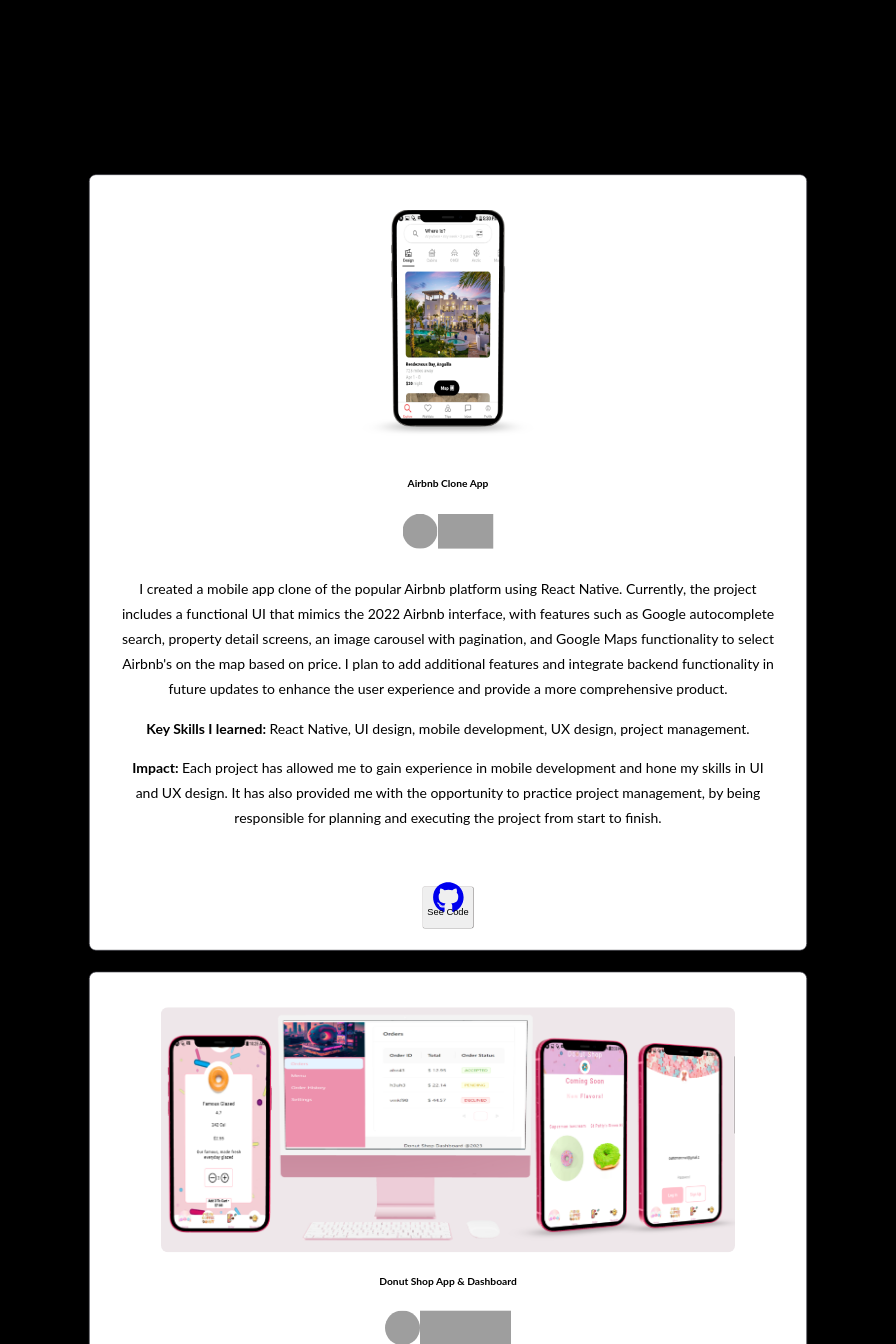
Repository: JamesPesenti/portfolio
Page: /
An editor plug-in stored every save of this project. The page is shown before and after the next save, followed by the edit.
The browser window is 1280 px wide. The pictures show the part of the page from y = 1280 to 3200 px (the page is 6929 px tall), at 70% of full size.
Pictures or frames that could not be fetched are drawn as grey boxes. The project was rebuilt for these pictures with package versions that can differ from the ones it lists, and the page was loaded fresh each time. Imported but missing from the stored project, and not drawn on this page: src/Components/James Pesenti Resume 2023.pdf.

Above is the page before, as saved 2023-05-05 14:52:55.

### public/index.html
<!DOCTYPE html>
<html lang="en">
  <head>
    <meta charset="utf-8" />
    <link rel="" href="" />
    <meta name="viewport" content="width=device-width, initial-scale=1" />
    <meta name="theme-color" content="#000000" />
    <meta name="description" content="James Pesenti Portfolio 2022" />
    <link rel="apple-touch-icon" href="" />
    <link rel="manifest" href="%PUBLIC_URL%/manifest.json" />

    <title>Portfolio 2023</title>

  </head>
  <body>
    <div id="root"></div>
  </body>
</html>

### src/Components/Scroll.jsx
import React from 'react'
import '../CSS/App.css';


const Scroll = () => {

  return (
    <>

        <div style={{marginBottom: 400, justifyContnent: 'center'}} id="section09" class="demo">
          <a href="#parallaxContainer">
            <span></span>
            Scroll down to see my work
          </a>
        </div>

    </>
  )
}

export default Scroll

### src/Components/MyProjects.jsx
import UberGoogleButton from "../Components/UberGoogleButton"
import AstonGoogleButton from "./AstonGoogleButton"
import AstonAppleButton from "./AstonAppleButton"
import BarceGoogleButton from "../Components/BarceGoogleButton"
import BarceAppleButton from "./BarceAppleButton"
import { FaGithub } from "react-icons/fa";

const MyProjects = () => {
  return (

  <>
    <div id="parallaxContainer">

    {/* Airbnb Clone */}
    <div style={{marginTop: 30, marginBottom: 20, justifyContent: 'center', alignItems: 'center',  width: "80%", borderRadius: 10}} className="box">
            <div>
                <img style={{ borderRadius: 10, marginTop: 50, width: "48%", height: 350, transition: ".7s", }} src="images/mockrocket-capture (11).png" />
            </div>
            <h4 style={{textAlign: 'center'}}>Airbnb Clone App</h4>
                <div style={{flexDirection: "row", padding: 10, borderRadius: 10, marginBottom: -40,}}>
                  <img style={{width: 50, height: 50, borderRadius: 50}} src="https://i.pinimg.com/originals/8a/02/1a/8a021aa097236b42dd71fb731e3d894d.gif"/>
                  <img style={{width: 80, height: 50, }} src="https://www.datocms-assets.com/45470/1631026680-logo-react-native.png"  />
                  {/* <img style={{width: 50, height: 50, }} src="https://pbs.twimg.com/profile_images/1114309924551417856/FKA4cm2x_400x400.png"  /> */}
                </div>
            <p style={{fontSize: 20, textAlign: 'center', padding: 40, marginBottom: -70}}>I created a mobile app clone of the popular Airbnb platform using React Native. Currently, the project includes a functional UI that mimics the 2022 Airbnb interface, with features such as Google autocomplete search, property detail screens, an image carousel with pagination, and Google Maps functionality to select Airbnb's on the map based on price. I plan to add additional features and integrate backend functionality in future updates to enhance the user experience and provide a more comprehensive product.</p>
            <p style={{fontSize: 20, textAlign: 'center', padding: 30, marginBottom: -80}}><b> Key Skills I learned: </b>React Native, UI design, mobile development, UX design, project management.</p>
            <p style={{fontSize: 20, textAlign: 'center', padding: 50}}><b> Impact: </b> Each project has allowed me to gain experience in mobile development and hone my skills in UI and UX design. It has also provided me with the opportunity to practice project management, by being responsible for planning and executing the project from start to finish.</p>

            <div style={{flexDirection: "row"}}>
                {/* <UberGoogleButton  /> */}
                <button style={{marginTop: 40}} type="button" className="codeButton">
                  <a href="https://github.com/JamesPesenti/Donut_Shop" target="_blank" rel="noopener noreferrer">
                    <FaGithub  size={45} style={{ marginTop: -80, marginBottom: -25, justifyContent: "center", textAlign: "center"}} />
                  </a>
                  <p>See Code</p>
                </button>
                {/* <AstonAppleButton  /> */}
            </div>

        </div>


     {/* Donut Shop App */}
     <div style={{marginTop: 30, marginBottom: 20, justifyContent: 'center', alignItems: 'center',  width: "80%", borderRadius: 10}} className="box">
            <div>
                <img style={{ borderRadius: 10, marginTop: 50, width: "80%", height: 350, transition: ".7s", }} src="/images/appAndDashMock.png" />
            </div>
            <h4 style={{textAlign: 'center'}}>Donut Shop App & Dashboard</h4>
                <div style={{flexDirection: "row", padding: 10, borderRadius: 10, marginBottom: -40,}}>
                  <img style={{width: 50, height: 50, borderRadius: 50}} src="https://i.pinimg.com/originals/8a/02/1a/8a021aa097236b42dd71fb731e3d894d.gif"/>
                  <img style={{width: 80, height: 50, }} src="https://www.datocms-assets.com/45470/1631026680-logo-react-native.png"  />
                  <img style={{width: 50, height: 50, }} src="https://pbs.twimg.com/profile_images/1114309924551417856/FKA4cm2x_400x400.png"  />
                </div>
            <p style={{fontSize: 20,textAlign: 'center', padding: 50}}>I built this full stack Donut Shop e-commerce app along with an integratable React.js dashboard for the donut shop to receive a user's order from the app in real time. Users can check out new menu items, order donuts to pick up in store, and sign up for donut rewards.</p>

            <div style={{flexDirection: "row"}}>
                <UberGoogleButton  />
                <button style={{marginTop: 40}} type="button" className="codeButton">
                  <a href="https://github.com/JamesPesenti/Donut_Shop" target="_blank" rel="noopener noreferrer">
                    <FaGithub  size={45} style={{ marginTop: -80, marginBottom: -25, justifyContent: "center", textAlign: "center"}} />
                  </a>
                  <p>See Code</p>
                </button>
                <AstonAppleButton  />
            </div>

        </div>


    {/* Uber Eats App */}
    <div style={{marginTop: 80, marginBottom: 60, justifyContent: 'center', alignItems: 'center',  width: "80%", borderRadius: 10}} className="box">
            <div className="imgWrapper" style={{width: 480, height: 350}}>
                <img style={{ borderRadius: 5, marginTop: 50, width: "100%", height: 300, transition: ".7s", }} src="/images/UberEatsLast.png" />
            </div>
            <h4 style={{textAlign: 'center'}}>Uber Eats Clone App</h4>
                <div style={{flexDirection: "row", padding: 10, borderRadius: 10, marginBottom: -40,}}>
                  <img style={{width: 50, height: 50, borderRadius: 50}} src="https://i.pinimg.com/originals/8a/02/1a/8a021aa097236b42dd71fb731e3d894d.gif"/>
                  <img style={{width: 80, height: 50, }} src="https://www.datocms-assets.com/45470/1631026680-logo-react-native.png"  />
                  <img style={{width: 50, height: 50, }} src="https://pbs.twimg.com/profile_images/1114309924551417856/FKA4cm2x_400x400.png" />
                </div>
            <p style={{fontSize: 20,textAlign: 'center', padding: 50}}>A full stack React Native app inspired by the UberEats user app. I utilized AWS Amplify's datastore to configure the back-end to query and save customer's orders and used Amazon Cognito for user registration, authentication, & account recovery.</p>

            <div style={{flexDirection: "row"}}>
                <UberGoogleButton  />
                <button style={{marginTop: 40}} type="button" className="codeButton">
                  <a href="https://github.com/JamesPesenti/UberEatsClone" target="_blank" rel="noopener noreferrer">
                    <FaGithub  size={45} style={{ marginTop: -80, marginBottom: -20, justifyContent: "center", textAlign: "center"}} />
                  </a>
                  <p>See Code</p>
                </button>
                <AstonAppleButton  />
            </div>

        </div>


     {/* Aston Waikiki App */}
       <div style={{marginTop: 80, marginBottom: 120, justifyContent: 'center', alignItems: 'center',  width: "80%", borderRadius: 10}} className="box">
            <div className="imgWrapper" style={{width: 450, height: 350}}>
                <img style={{ marginTop: 50, width: "100%", height: "auto", transition: ".7s", }} src="/images/astonmock.png" />
            </div>
            <h4 style={{textAlign: 'center'}}>Aston Waikiki Hotel UI</h4>
                <div style={{flexDirection: "row", padding: 10, borderRadius: 10, marginBottom: -40,}}>
                  <img style={{width: 50, height: 50, borderRadius: 50}} src="https://i.pinimg.com/originals/8a/02/1a/8a021aa097236b42dd71fb731e3d894d.gif"/>
                  <img style={{width: 80, height: 50, }} src="https://www.datocms-assets.com/45470/1631026680-logo-react-native.png"  />
                </div>
            <p style={{fontSize: 20,textAlign: 'center', padding: 50}}>A React Native UI design I created to reimagine the hotel Aston Waikiki Beach's website into a cross platform mobile app. I used most of the content and images from the current website and utilized both Bottom Tabs, Drawer navigation and other React Native libraries for a better user experience.</p>

            <div style={{flexDirection: "row"}}>
                <AstonGoogleButton  />
                <button style={{marginTop: 40}} type="button" className="codeButton">
                        <a href="https://github.com/JamesPesenti/AstonWaikikiBeachApp" target="_blank" rel="noopener noreferrer">
                            <FaGithub  size={45} style={{ marginTop: -80, marginBottom: -20, justifyContent: "center", textAlign: "center"}} />
                        </a>
                        <p>See Code</p>
                </button>
                <AstonAppleButton  />
            </div>

        </div>


    {/* Barcelona App */}
       <div style={{marginTop: 20, marginBottom: 120, justifyContent: 'center', alignItems: 'center',  width: "80%", borderRadius: 10}} className="box">
            <div className="imgWrapper" style={{width: 650, height: 300}}>
                <img style={{ marginTop: 30, width: "100%", height: 250, transition: ".7s", }} src="/images/barcelonamockup.png" />
            </div>
            <h4 style={{textAlign: 'center'}}>Barcelona Tourist App</h4>
                <div style={{flexDirection: "row", padding: 10, borderRadius: 10, marginBottom: -20,}}>
                <img style={{width: 80, height: 50,}} src="https://www.datocms-assets.com/45470/1631026680-logo-react-native.png"  />
                <img style={{width: 50, height: 50, borderRadius: 50}} src="https://i.pinimg.com/originals/8a/02/1a/8a021aa097236b42dd71fb731e3d894d.gif"/>
                </div>
            <p style={{fontSize: 20, textAlign: 'center', padding: 50}}>I created this React Native app for visitors of Barcelona Spain to save pictures and locations of their favorite places. I used pop-up modals for users to quickly get information on popular sights and used geolocation with google maps so users can save their location and select it on the map.</p>

            <div style={{flexDirection: "row"}}>
               <BarceAppleButton  />
                <button style={{marginTop: 40}} type="button" className="codeButton">
                        <a href="https://github.com/JamesPesenti/BarcelonaApp" target="_blank" rel="noopener noreferrer">
                            <FaGithub  size={45} style={{ marginTop: -80, marginBottom: -20, justifyContent: "center", textAlign: "center"}} />
                        </a>
                        <p>See Code</p>
                </button>
                <BarceGoogleButton  />
            </div>

        </div>

    {/* IAR React App */}
        {/* <div style={{marginBottom: 0, justifyContent: 'center', alignItems: 'center',  width: "80%", borderRadius: 10}} className="box">
            <img style={{ width: 600, height: 350, borderRadius: 10, borderWidth: 2, borderColor: "green"}} src="/images/innermock.png" />
            <h4 style={{textAlign: 'center'}}>Inner Aura Readings Website</h4>
            <div style={{flexDirection: "row", padding: 10, borderRadius: 10}}>
                <img src="https://www.logo.wine/a/logo/React_(web_framework)/React_(web_framework)-Logo.wine.svg" style={{width: 100, height: 50,}} />
                <img className="logoBox" src="https://cdn.pixabay.com/photo/2017/08/05/11/16/logo-2582747_1280.png" style={{width: 50, height: 50,}} />
            </div>
            <p style={{fontSize: 20, textAlign: 'center', padding: 50}}>This was the first official React.js web app that I developed. I made it for a friend who wanted to reach more customers with a mobile friendly website. I made multiple iterations and converted it into a PWA for offline operability with native like performance. </p>
            <button style={{marginTop: 0}} type="button" className="codeButton">
                        <a href="https://github.com/JamesPesenti/InnerAuraReadings2022" target="_blank" rel="noopener noreferrer">
                            <FaGithub  size={45} style={{ marginTop: -80, marginBottom: -20, justifyContent: "center", textAlign: "center"}} />
                        </a>
                        <p>See Code</p>
            </button>

        </div> */}


{/* REapp */}
        {/* <div style={{marginBottom: 100, justifyContent: 'center', alignItems: 'center',  width: "80%", borderRadius: 10,}} className="box">
        <img style={{marginTop: 50, width: 800, height: 350, borderRadius: 10, borderWidth: 2, borderColor: "green"}} src="/images/remockup.png" />
            <h4 style={{textAlign: 'center'}}>Real Estate Listing Website </h4>
            <div style={{flexDirection: "row", padding: 10, borderRadius: 10}}>
                <img src="https://www.logo.wine/a/logo/React_(web_framework)/React_(web_framework)-Logo.wine.svg" style={{width: 100, height: 50,}} />
                <img src="https://img.icons8.com/color/480/cloud-firestore.png" style={{width: 50, height: 50,}} />
                <img src="https://raw.githubusercontent.com/JamesPesenti/RealEstateApp/16b046b3d34b4a26468627e906dc503be8911b73/src/assets/svg/googleIcon.svg" style={{marginBottom: 8, width: 100, height: 30,}} />
            </div>
            <p style={{fontSize: 20, textAlign: 'center', padding: 50}}>Real Estate listing website built with React, FireStore database and Google OAuth to sign in with a google account. You can search listings for rent/sale and login to your account to create a listing and save offers. Inspiration and back-end code taken from Brad Traversey's React course I took on Udemy.</p>
            <button style={{marginTop: 40}} type="button" className="codeButton">
                        <a href="https://github.com/JamesPesenti/RealEstateApp" target="_blank" rel="noopener noreferrer">
                            <FaGithub  size={45} style={{ marginTop: -80, marginBottom: -20, justifyContent: "center", textAlign: "center"}} />
                        </a>
                        <p>See Code</p>
            </button>
        </div> */}

    </div>


    </>
  )
}

export default MyProjects

### src/Components/UberGoogleButton.jsx
import React from 'react'


const UberGoogleButton = () => {
  return (
    <>
    <button type="button" style={{marginRight: 40, borderWidth: .1, borderColor: '#efefef', borderRadius: 5}}>
        <a href="https://expo.dev/accounts/jimpesenti/projects/UberEats/builds/b9dfcb73-dd37-4009-b5f9-7d24a72b937d">
            <img style={{width: 100, height: 50, borderRadius: 0}} src="https://logos-world.net/wp-content/uploads/2020/12/Google-Play-Logo-500x281.png"/>
        </a>
    </button>
    </>
  )
}

export default UberGoogleButton

### src/Components/AstonGoogleButton.jsx
import React from 'react'


const AstonGoogleButton = () => {
  return (
    <>
    <button type="button" style={{marginRight: 40, borderWidth: .1, borderColor: '#efefef', borderRadius: 5}}>
        <a href="https://play.google.com/store/apps/details?id=com.jamespesenti91.astonwaikikibeach">
            <img style={{width: 100, height: 50, borderRadius: 0}} src="https://logos-world.net/wp-content/uploads/2020/12/Google-Play-Logo-500x281.png"/>
        </a>
    </button>
    </>
  )
}

export default AstonGoogleButton

### src/Components/AstonAppleButton.jsx
import React from 'react'

const AstonAppleButton = () => {
  return (
    <>
    <button type="submit" style={{marginLeft: 30, borderWidth: 0,}}  >
        <a href="">
            <img style={{width: 120, height: 50, borderRadius: 0}} src="https://images.squarespace-cdn.com/content/v1/5b549a7f3c3a53487c250f58/1597439116255-P7ME5MNOIWQLJS1X4CPP/Apple+App+Store+Logo+Button.png"/>
        </a>
    </button>
    </>
  )
}

export default AstonAppleButton

### src/Components/BarceGoogleButton.jsx
import React from 'react'


const BarceGoogleButton = () => {
  return (
    <>
    <button type="button" style={{marginLeft: 30, borderWidth: .1, borderColor: '#efefef', borderRadius: 5}}>
        <a href="https://play.google.com/store/apps/details?id=com.jamespesenti91.VisitBarcelona">
            <img style={{width: 100, height: 50, borderRadius: 0}} src="https://logos-world.net/wp-content/uploads/2020/12/Google-Play-Logo-500x281.png" alt="barceButton"/>
        </a>
    </button>
    </>
  )
}

export default BarceGoogleButton

### src/Components/BarceAppleButton.jsx
import React from 'react'

const BarceAppleButton = () => {
  return (
    <>
    <button type="submit" style={{marginRight: 30, borderWidth: 0,}}  >
        <a href="">
            <img style={{width: 120, height: 50, borderRadius: 0}} src="https://images.squarespace-cdn.com/content/v1/5b549a7f3c3a53487c250f58/1597439116255-P7ME5MNOIWQLJS1X4CPP/Apple+App+Store+Logo+Button.png"/>
        </a>
    </button>
    </>
  )
}

export default BarceAppleButton

Loaded but not shown: src/index.js (common file); src/reportWebVitals.js (common file); src/serviceWorkerRegistration.js (137 lines, source omitted); src/App.js (33 lines, source omitted); src/CSS/App.css (351 lines, source omitted); src/CSS/index.css (197 lines, source omitted); src/Components/Navbar.jsx (44 lines, source omitted); src/Components/AboutMe.jsx (24 lines, source omitted)

After the next save:
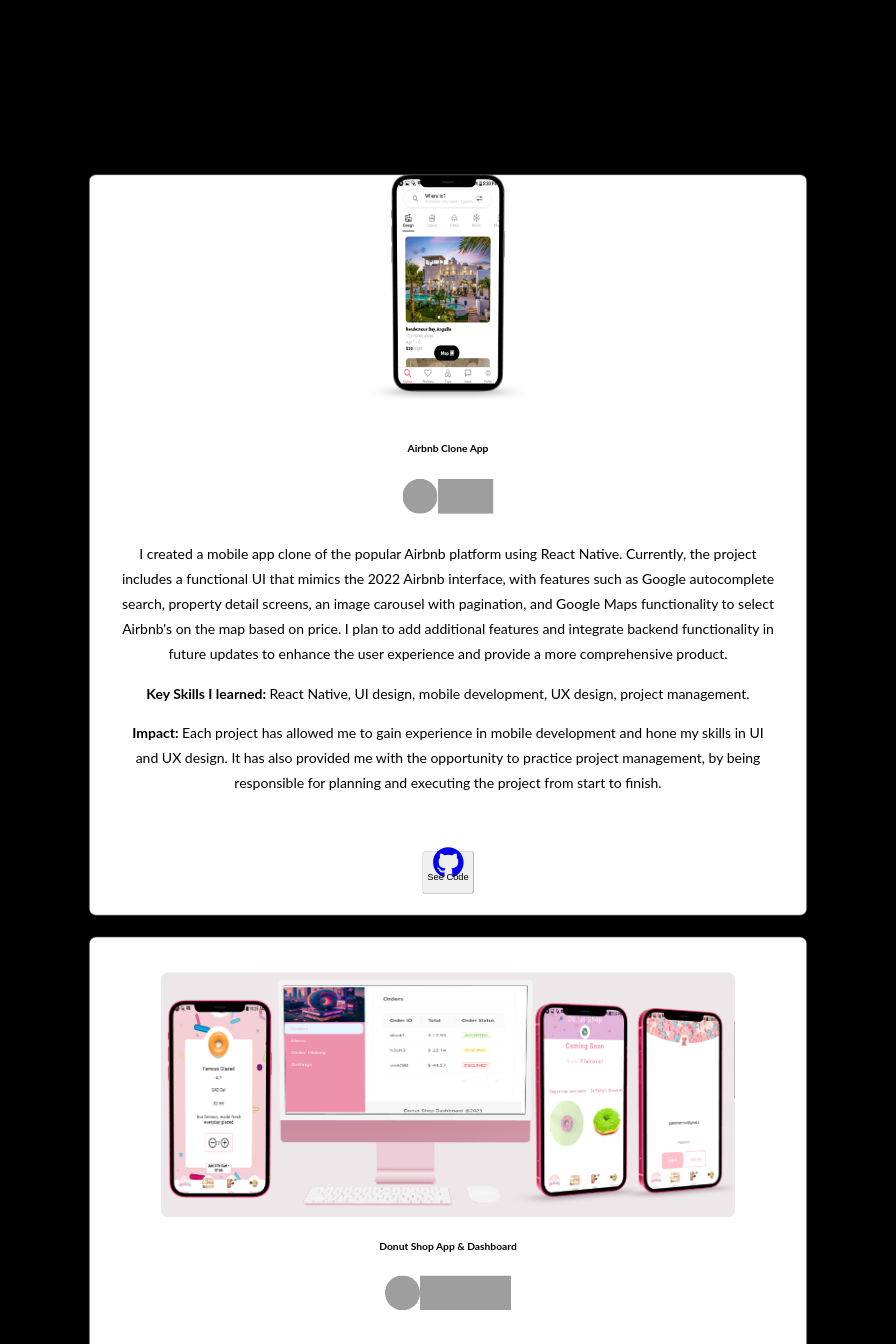
Saved 68 s later.
--- a/src/Components/MyProjects.jsx
+++ b/src/Components/MyProjects.jsx
@@ -14,7 +14,7 @@
     {/* Airbnb Clone */}
     <div style={{marginTop: 30, marginBottom: 20, justifyContent: 'center', alignItems: 'center',  width: "80%", borderRadius: 10}} className="box">
             <div>
-                <img style={{ borderRadius: 10, marginTop: 50, width: "48%", height: 350, transition: ".7s", }} src="images/mockrocket-capture (11).png" />
+                <img style={{ borderRadius: 10, marginTop: 0, width: "48%", height: 350, transition: ".7s", }} src="images/mockrocket-capture (11).png" />
             </div>
             <h4 style={{textAlign: 'center'}}>Airbnb Clone App</h4>
                 <div style={{flexDirection: "row", padding: 10, borderRadius: 10, marginBottom: -40,}}>

After the save that followed:
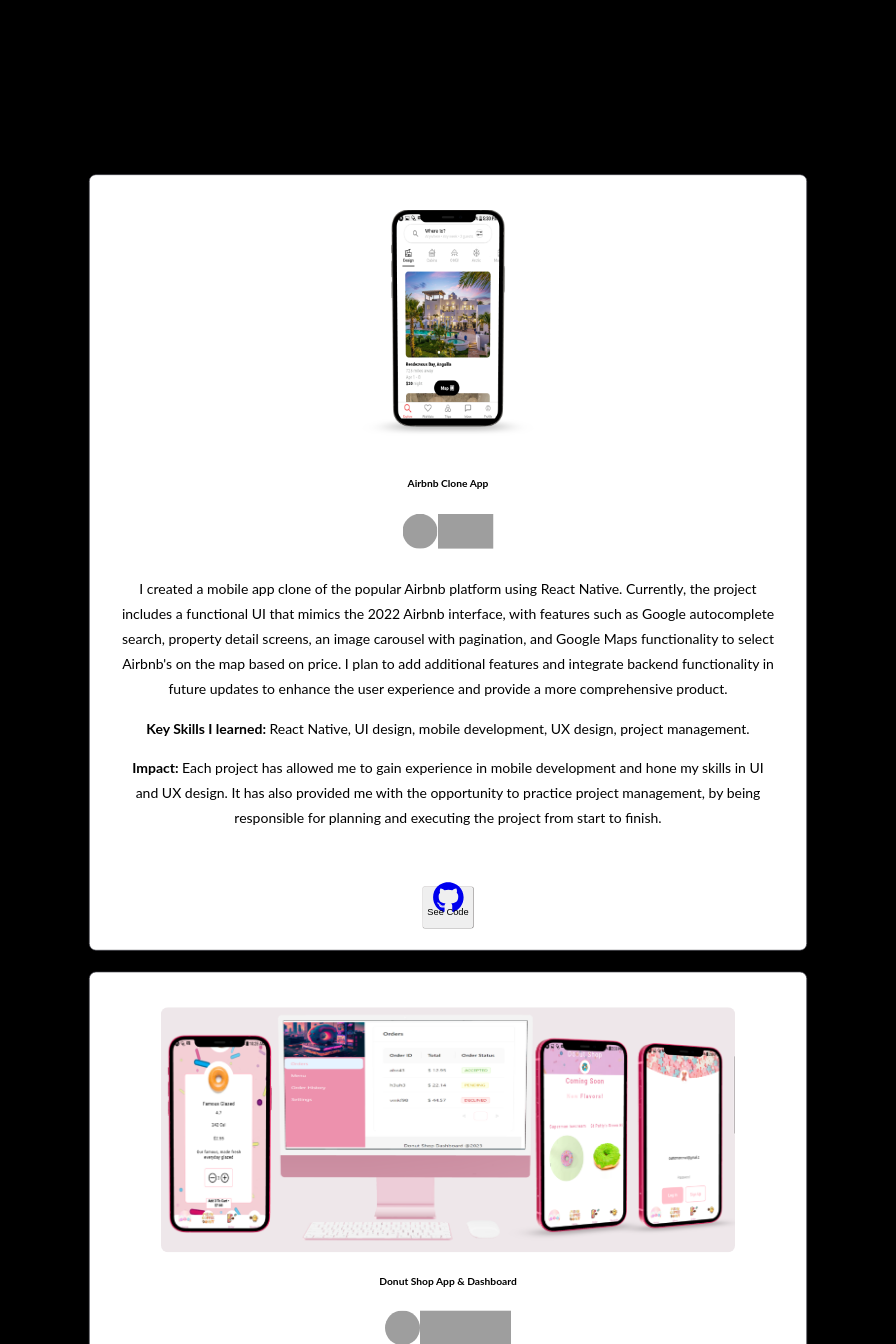
Saved 6 s later.
--- a/src/Components/MyProjects.jsx
+++ b/src/Components/MyProjects.jsx
@@ -14,7 +14,7 @@
     {/* Airbnb Clone */}
     <div style={{marginTop: 30, marginBottom: 20, justifyContent: 'center', alignItems: 'center',  width: "80%", borderRadius: 10}} className="box">
             <div>
-                <img style={{ borderRadius: 10, marginTop: 0, width: "48%", height: 350, transition: ".7s", }} src="images/mockrocket-capture (11).png" />
+                <img style={{ borderRadius: 10, marginTop: 50, width: "48%", height: 350, transition: ".7s", }} src="images/mockrocket-capture (11).png" />
             </div>
             <h4 style={{textAlign: 'center'}}>Airbnb Clone App</h4>
                 <div style={{flexDirection: "row", padding: 10, borderRadius: 10, marginBottom: -40,}}>
